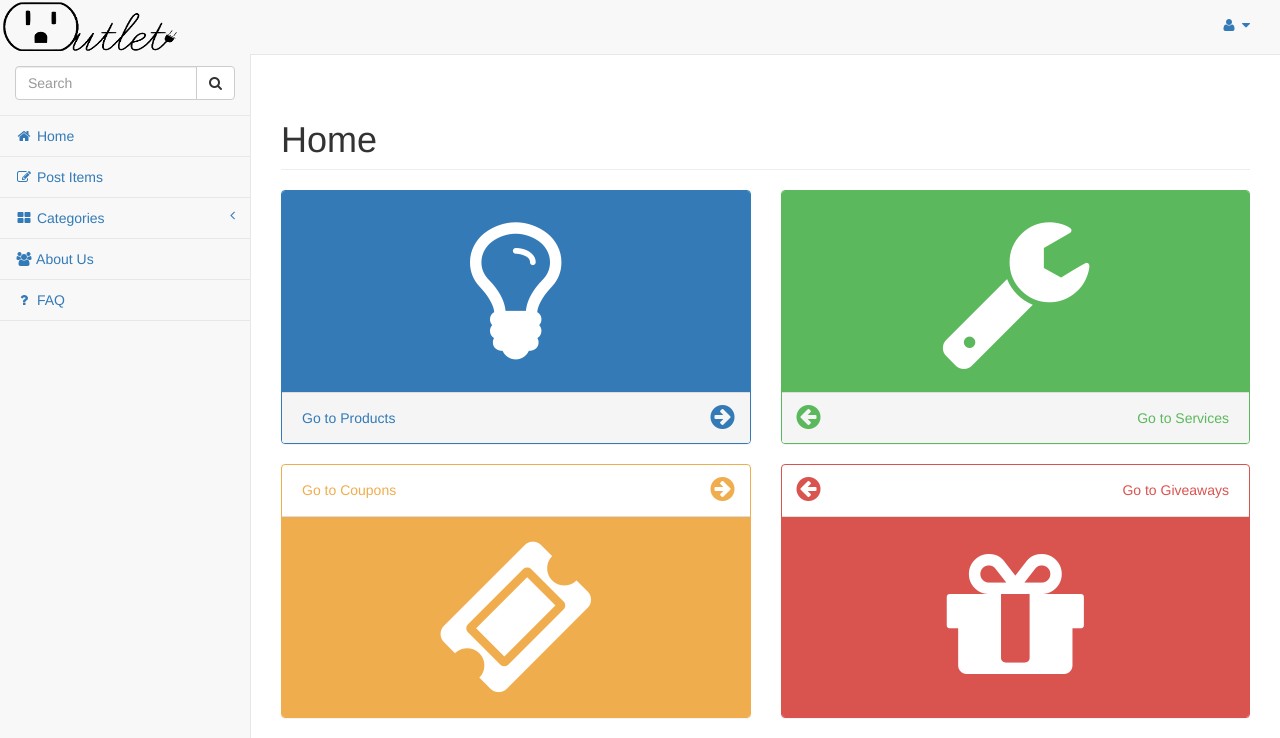
Repository: ixxan/Outlet
Page: http://localhost/Project/pages/userhome.php
The author's editor kept a record of every edit. The page is drawn from the files as they stood at one moment, then again after the next edit.
The browser window is 1280 px wide. The pictures show the whole page.
The page is run by PHP 8.4 with error messages shown; the project is at /var/www/html/.

Above is the page before.
Console error (its wording comes from the project's code and is left out).

After the next edit:
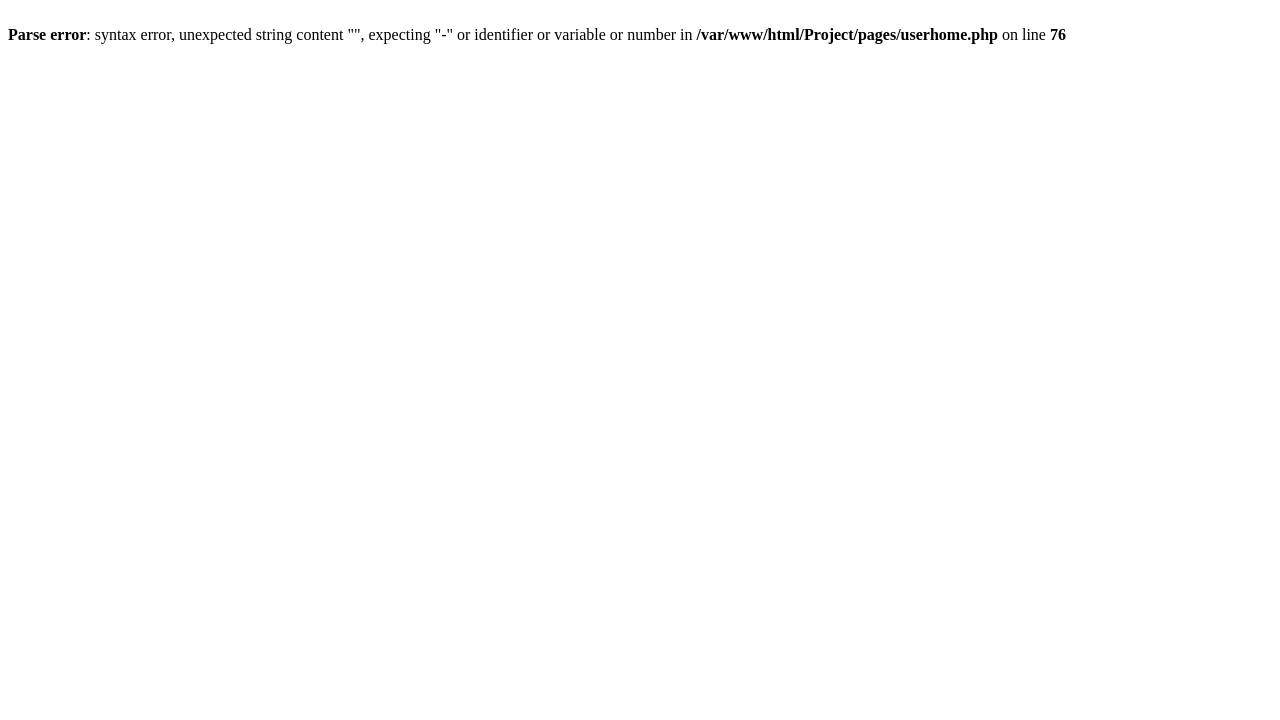
The error is gone.
The edit:
--- a/Project/pages/userhome.php
+++ b/Project/pages/userhome.php
@@ -73,7 +73,7 @@
 
                     <ul class='dropdown-menu'>
                         <li>
-                            <a href='#'><i class='fa fa-user fa-fw'></i> User Profile</a>
+                            <a href='#'><i class='fa fa-user fa-fw'></i> $_SESSION['userId'] </a>
                         </li>
                         <li>
                             <a href='#'><i class='fa fa-gear fa-fw'></i> Settings</a>
